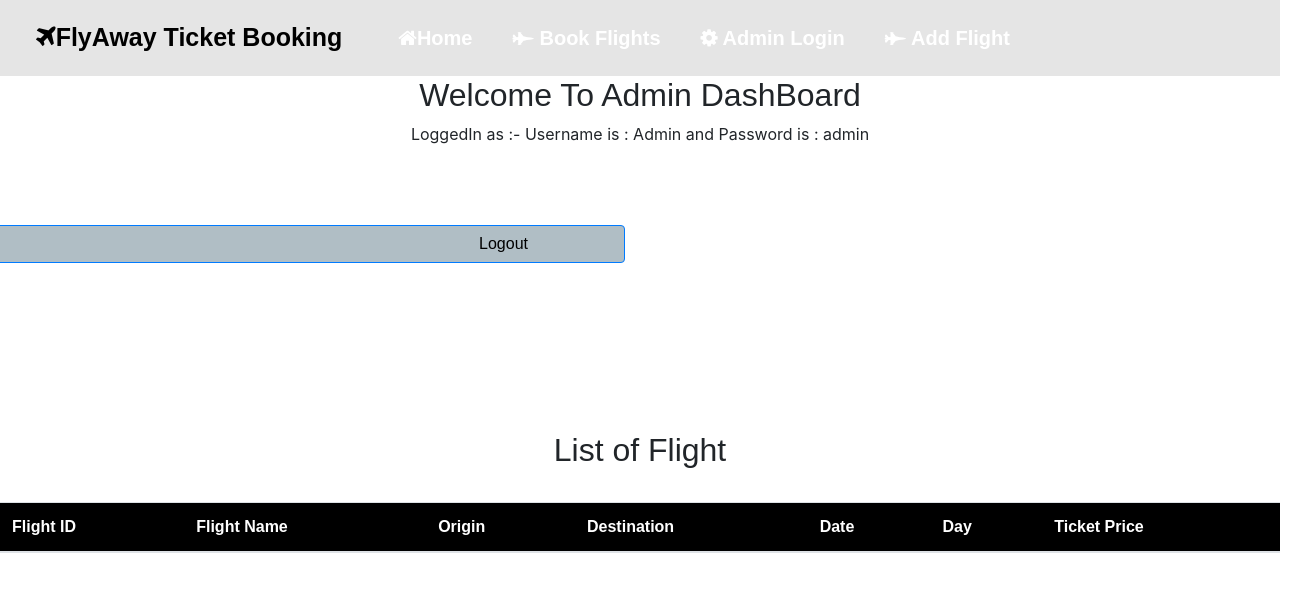
Repository: sayrabano/Phase2-project
Page: http://localhost/FlyAway/adminDashboard.jsp
The author's editor kept a copy of each file at every save. The page is drawn from the files as they stood at one save, then again after the next save.
The browser window is 1280 px wide. The page is 1295 px wide, so the pictures cover 1295 px, including what lies to the right of the window. The pictures show the whole page.
Some web fonts or font styles are not loaded; a fallback is used. The page is served by Tomcat 9. Queries for data that is not in the repository find no rows.

Above is the page before, as saved 2021-09-24 20:27:08.

After the next save:
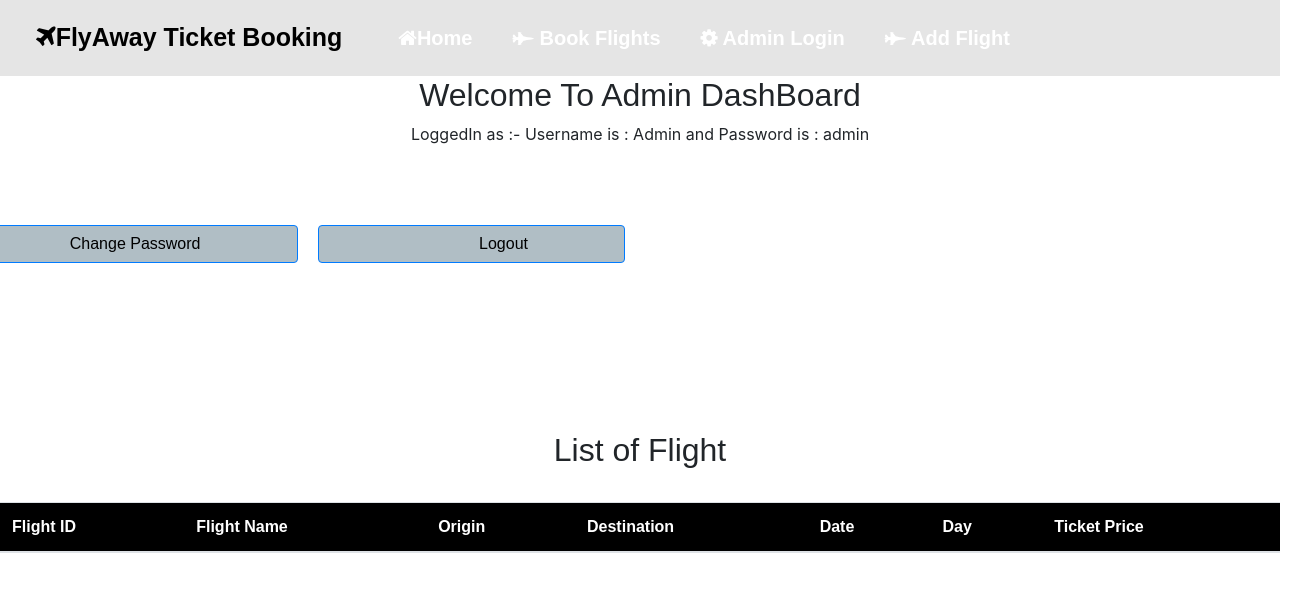
Saved 4 s later.
--- a/FlyAway/src/main/webapp/CSS/style7.css
+++ b/FlyAway/src/main/webapp/CSS/style7.css
@@ -56,7 +56,7 @@ h2{
 }
 .btn{
 	color:black;
-	padding-left:100rem;
+	padding-left:10rem;
 	padding-right:6rem;
 	margin-top: 15px;
 
